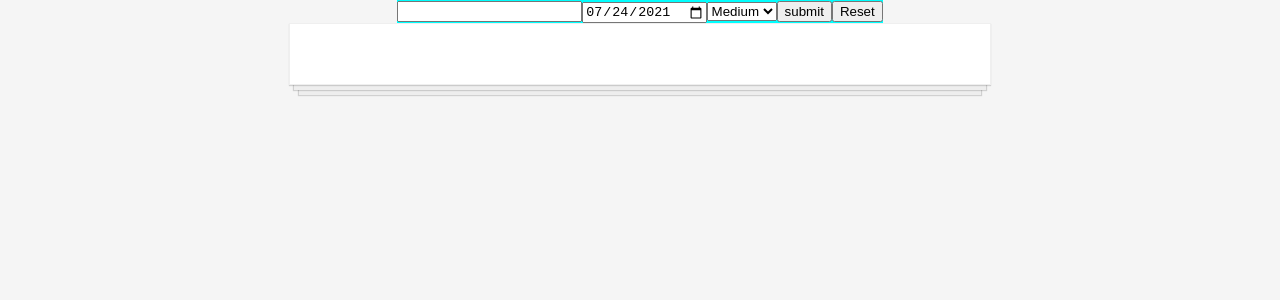
Repository: 0101chaitanya/react-todo
Page: /
The author's editor kept a copy of each file at every save. The page is drawn from the files as they stood at one save, then again after the next save.
The browser window is 1280 px wide. The pictures show the whole page.
The project was rebuilt for these pictures with package versions that can differ from the ones it lists, and the page was loaded fresh each time. Also part of the build but not shown: src/components/TodoItem.js.

Above is the page before, as saved 2021-07-24 16:31:18.

After the next save:
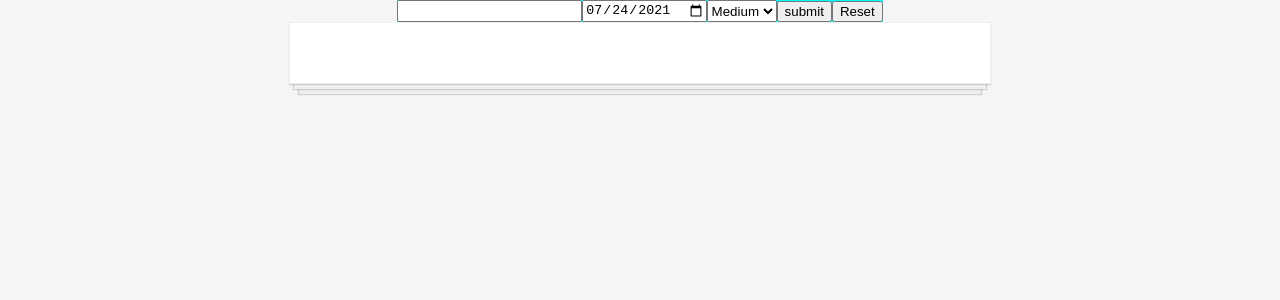
Saved 29 s later.
--- a/src/App.css
+++ b/src/App.css
@@ -44,7 +44,7 @@ input[type="checkbox"]:focus {
 .input-form {
   background-color: aqua;
 
-  display: block;
-  align-items: center;
+  display: flex;
+  justify-content: center;
   justify-self: center;
 }
